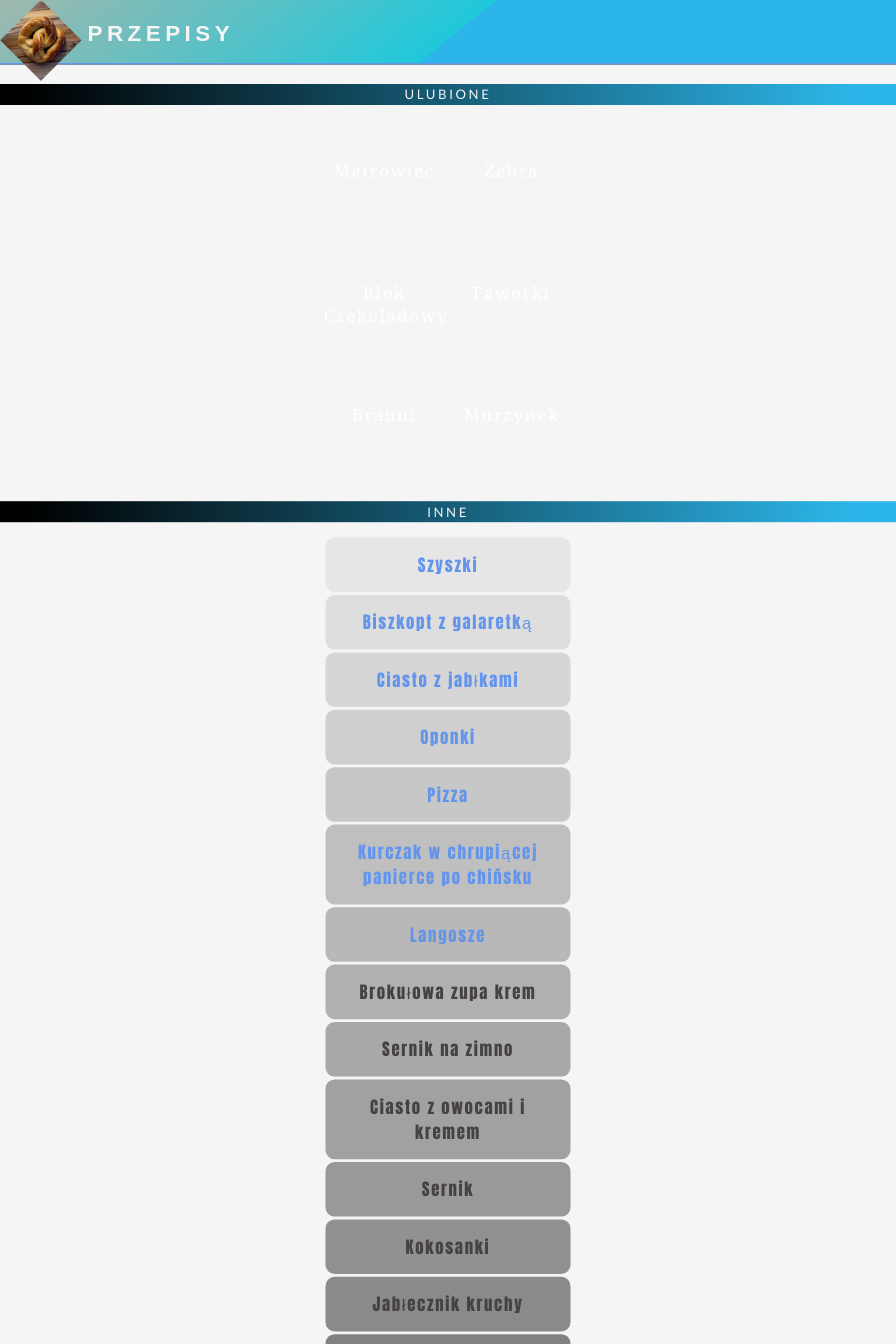
Repository: yaoayh/przepisy
Page: index.html
An editor plug-in stored every save of this project. The page is shown before and after the next save, followed by the edit.
The browser window is 1280 px wide. The pictures show the part of the page from y = 0 to 1920 px (the page is 3147 px tall), at 70% of full size.

Above is the page before, as saved 2020-08-14 17:31:26.

After the next save:
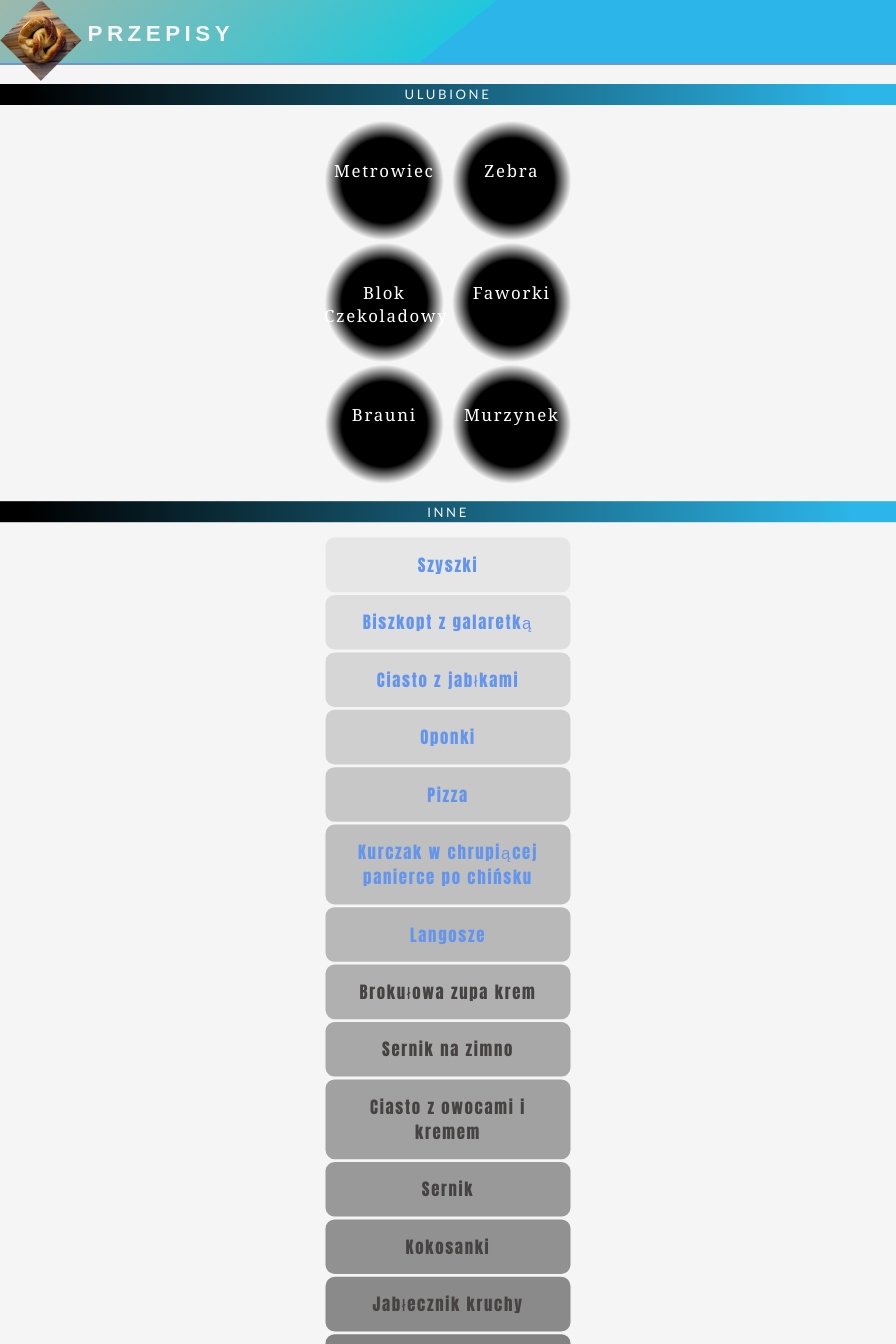
Saved 19 s later.
--- a/css/styles.css
+++ b/css/styles.css
@@ -1,11 +1,11 @@
 @keyframes main_Circle {
     from {
-        background-color: cornflowerblue;
+        /* background-color: cornflowerblue; */
         opacity: 0;
         /* background-image: radial-gradient(circle,red,red 50%,whitesmoke 70%); */
     }
     to {
-        background-color: black;
+        /* background-color: black; */
         opacity: 1;
         /* background-image: radial-gradient(circle,black,black 50%,whitesmoke 70%); */
     }
@@ -92,7 +92,7 @@ form.head_Sqares {
     height: 172px;
     /* background-image: linear-gradient(whitesmoke, black); */
     /* background-image: linear-gradient(white, black, black); */
-    /* background-image: radial-gradient(circle,black,black 50%,whitesmoke 70%); */
+    background-image: radial-gradient(circle,black,black 50%,whitesmoke 70%);
     color: white;
     /* overflow: auto; */
     animation-name: main_Circle;
